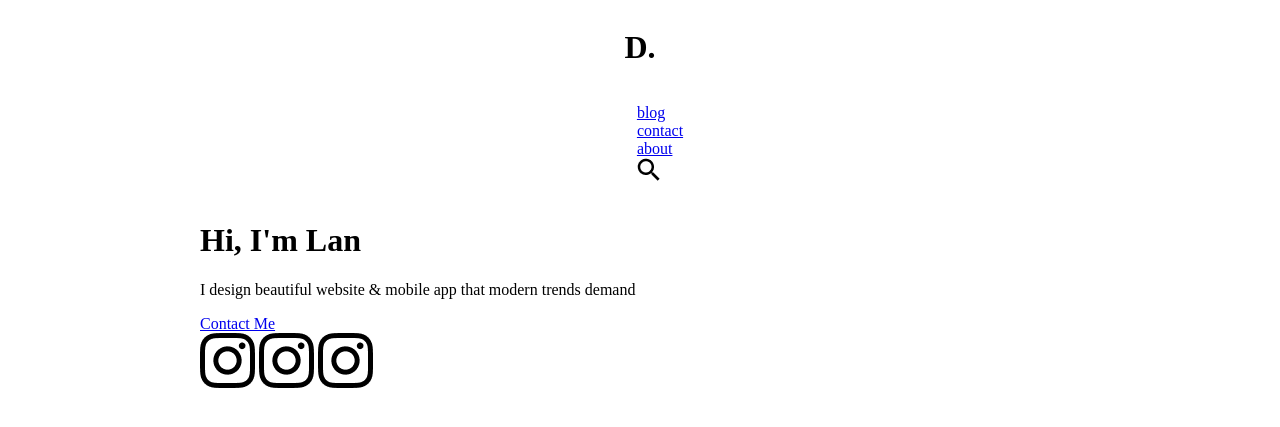
Repository: lan1605/Figma_To_HTML
Page: home_page.html
The author's editor kept a copy of each file at every save. The page is drawn from the files as they stood at one save, then again after the next save.
The browser window is 1280 px wide. The pictures show the whole page.
Some web libraries are served in a nearby version.

Above is the page before, as saved 2022-07-16 15:47:08.

After the next save:
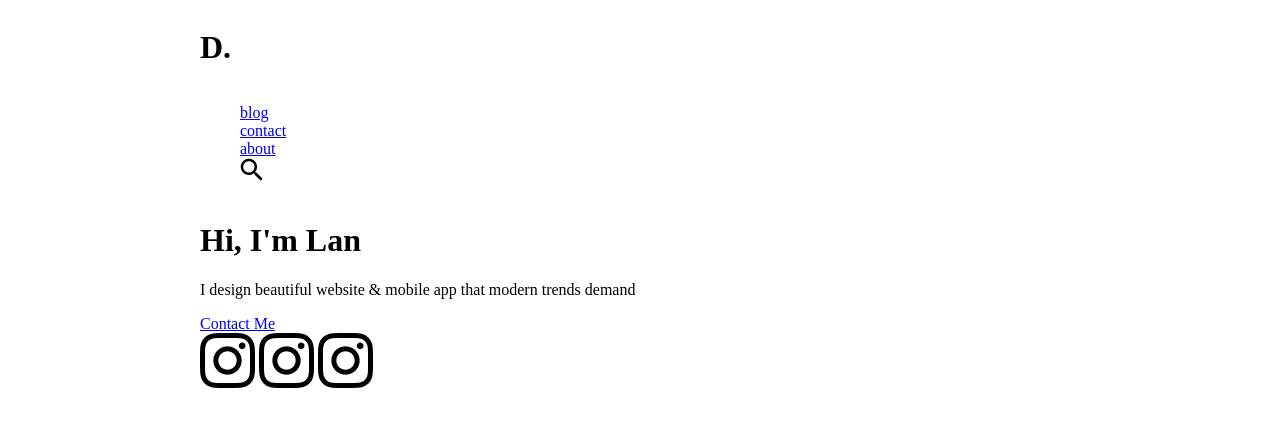
Saved 15 s later.
--- a/style.css
+++ b/style.css
@@ -4,7 +4,7 @@
 .header-nav{
     width: 100%;
     display: flex;
-    align-items: center;
+    align-items: stretch;
     justify-content: space-between;
     flex-direction: column;
 }
